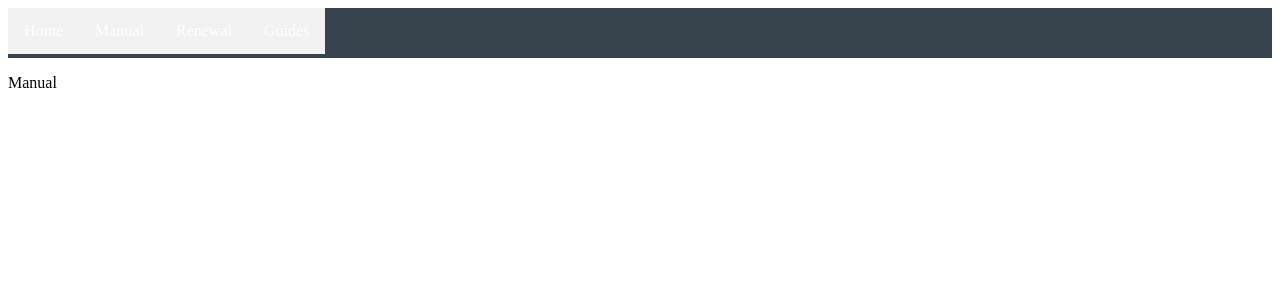
Repository: muesinga/ticketoffice-dot-info
Page: guides/manual.html
An editor plug-in stored every save of this project. The page is shown before and after the next save, followed by the edit.
The browser window is 1280 px wide. The pictures show the whole page.

Above is the page before, as saved 2022-06-07 14:29:21.
Console error: TypeError: Cannot read properties of null (reading 'getElementsByClassName')

### guides/manual.html
<!DOCTYPE html>
<html>
<head>
    <link rel="stylesheet" href="/style/style.css">
    <link rel="import" href="/components/nav.html">
    <script src="/src/nav.js" deferd></script>
    <script src="/src/index.js" defer></script>
</head>
<body>
    <script id="replace_with_navbar" src="index.js"></script>
<p>
    Manual
</p>

</body>
</html>

### style/style.css
  #navlink-container {
    list-style-type: none;
    margin: 0;
    padding: 0;
    overflow: hidden;
    background-color: #38444d;
  }
  .navlink {
    border: none;
    outline: none;
    padding: 14px 16px;
    background-color: #f1f1f1;
    cursor: pointer;
    text-decoration: none;
    display: block;
    color: white;
    float: left;
  }

  .active, .navlink:hover {
    background-color: #666;
    color: white;
  }

  .dropbtn {
    display: inline-block;
    color: white;
    text-align: center;
    /* padding: 14px 16px; */
    text-decoration: none;
  }

  li a:hover, .dropdown:hover .dropbtn {
    background-color: red;
  }


  li.dropdown {
    display: inline-block;
  }

  .dropdown-content {
    display: none;
    position: absolute;
    background-color: #f9f9f9;
    min-width: 160px;
    box-shadow: 0px 8px 16px 0px rgba(0,0,0,0.2);
    z-index: 1;
  }

  .dropdown-content a {
    color: black;
    padding: 12px 16px;
    text-decoration: none;
    display: block;
    text-align: left;
  }

  .dropdown-content a:hover {background-color: #f1f1f1;}

  .dropdown:hover .dropdown-content {
    display: block;
  }

### src/nav.js
fetch('/components/nav.html')
.then(res => res.text())
.then(text => {
    let oldelem = document.querySelector("script#replace_with_navbar");
    let newelem = document.createElement("div");
    newelem.innerHTML = text;
    oldelem.parentNode.replaceChild(newelem,oldelem);
})

### src/index.js
var navlinkContainer = document.getElementById("navlink-container")
var navlinks = navlinkContainer.getElementsByClassName("navlink")


for (var i = 0; i < navlinks.length; i++) {
    navlinks[i].addEventListener("click", function() {
        var current = document.getElementsByClassName("active");
        current[0].className = current[0].className,replace("active", "");
        this.className += "active";
    });
}

### components/nav.html
<nav>
    <ul id="navlink-container">
        <li><a class="navlink" href="../index.html">Home</a></li>
        <li><a class="navlink" href="../guides/manual.html">Manual</a></li>
        <li><a class="navlink" href="../guides/renewal.html">Renewal</a></li>
        <li class="dropdown">
        <a href="javascript:void(0)" class="navlink">Guides</a>
        <div class="dropdown-content">
            <a href="../guides/manual.html">Manual</a>
            <a href="../guides/renewal.html">Renewal</a>
        </div>
        </li>
    </ul>
</nav>

After the next save:
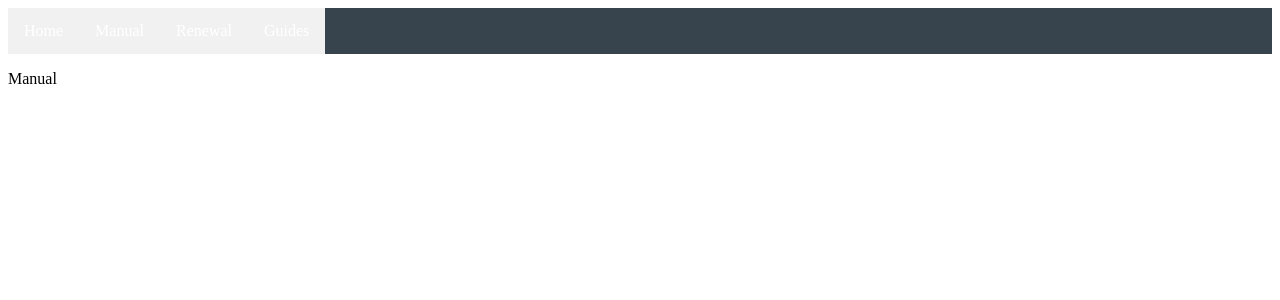
Saved 6 s later.
--- a/style/style.css
+++ b/style/style.css
@@ -17,16 +17,29 @@
     float: left;
   }
 
+
+  ul {
+    list-style-type: none;
+    margin: 0;
+    padding: 0;
+    overflow: hidden;
+    background-color: #38444d;
+  }
+
+  li {
+    float: left;
+  }
+
   .active, .navlink:hover {
     background-color: #666;
     color: white;
   }
 
-  .dropbtn {
+  li a, .dropbtn {
     display: inline-block;
     color: white;
     text-align: center;
-    /* padding: 14px 16px; */
+    padding: 14px 16px;
     text-decoration: none;
   }
 
